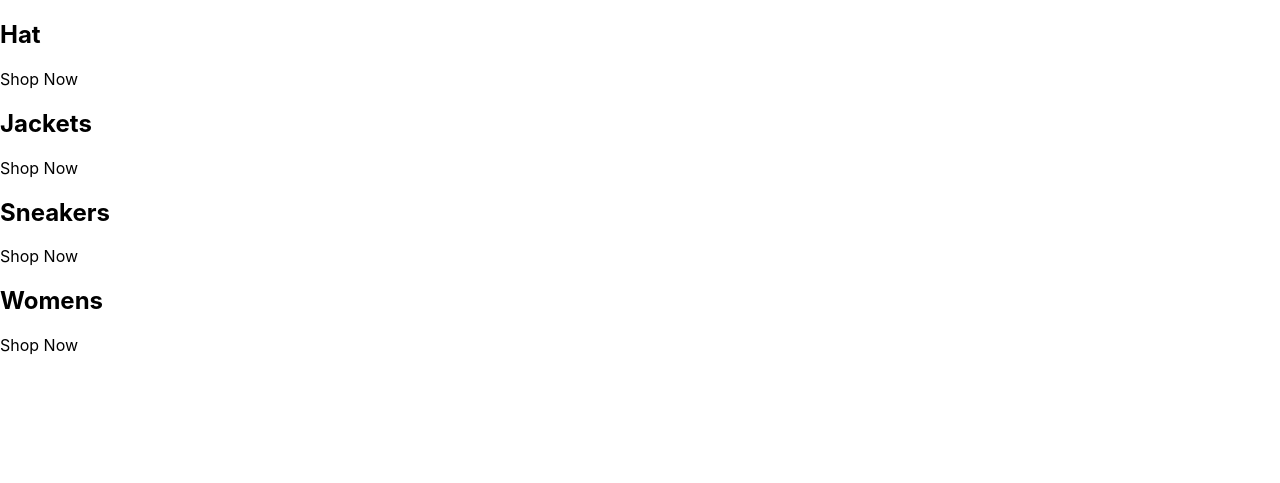
Repository: minhtien9/clothing
Page: /sign-in
An editor plug-in stored every save of this project. The page is shown before and after the next save, followed by the edit.
The browser window is 1280 px wide. The pictures show the whole page.
The project was rebuilt for these pictures with package versions that can differ from the ones it lists, and the page was loaded fresh each time. Also part of the build but not shown: src/App.css.

Above is the page before, as saved 2022-07-29 14:25:14.

After the next save:
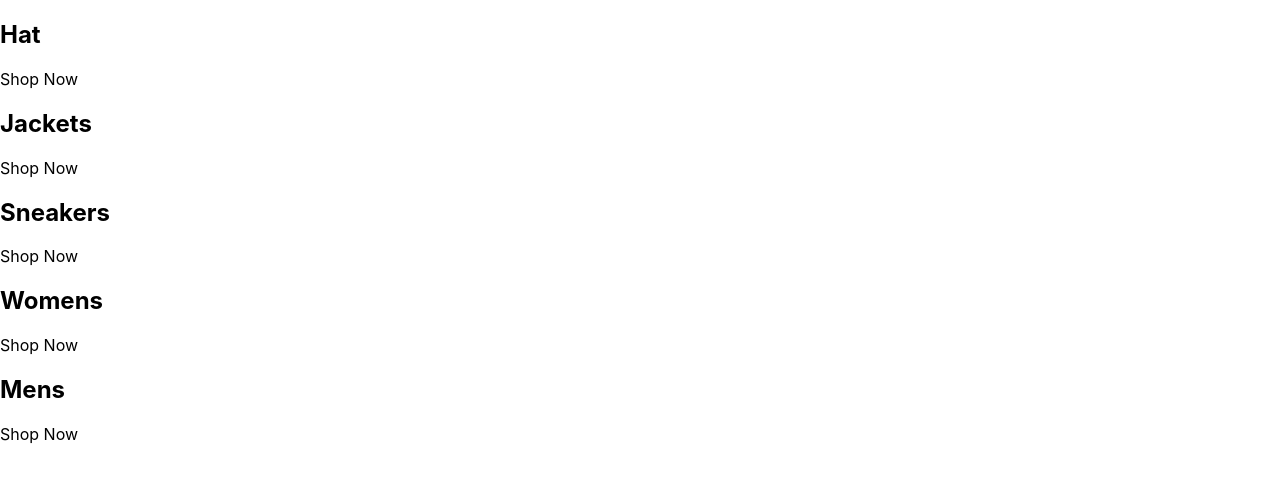
Saved 14 s later.
--- a/src/App.js
+++ b/src/App.js
@@ -24,6 +24,11 @@
                 <h2>Womens</h2>
                 <p>Shop Now</p>
             </div>
+            <div className='category-container'>{/* img */}</div>
+            <div className='category-body-container'>
+                <h2>Mens</h2>
+                <p>Shop Now</p>
+            </div>
         </div>
     );
 }
